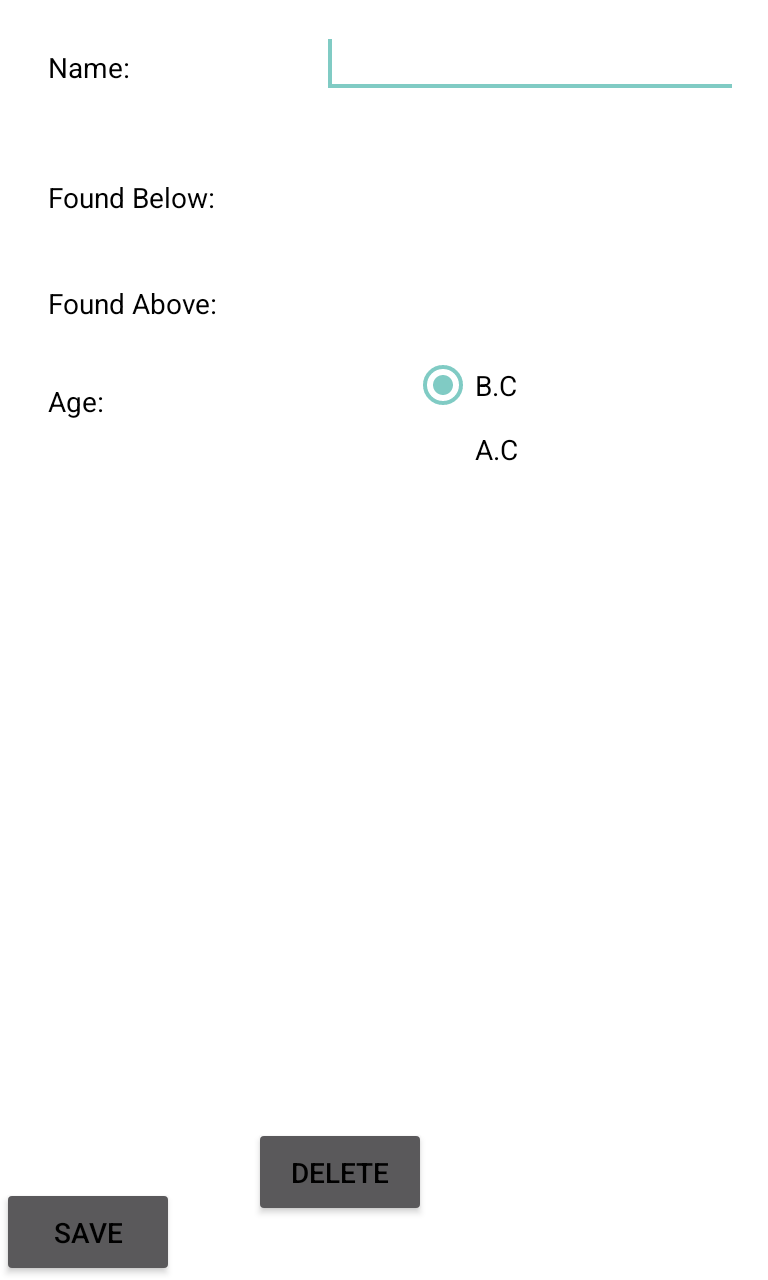
Repository: qfornaguera/AppQuelogy
Layout: AppQueology/res/layout/activity_artifact.xml
An editor plug-in stored every save of this project. The layout is shown before and after the next save, followed by the edit.
It is drawn on a 768 x 1280 px phone screen (xhdpi) without system bars, with theme Theme.AppCompat; the app's code is not run.

Above is the layout before, as saved 2014-04-27 21:25:54.

### AppQueology/res/layout/activity_artifact.xml
<RelativeLayout xmlns:tools="http://schemas.android.com/tools"
    xmlns:android="http://schemas.android.com/apk/res/android"
    android:layout_width="wrap_content"
    android:layout_height="wrap_content"
    android:background="#ffffff" >

	<ScrollView
	    android:layout_width="wrap_content"
	    android:layout_height="wrap_content" >

		<RelativeLayout
		    android:id="@+id/container"
		    android:layout_width="wrap_content"
		    android:layout_height="wrap_content"
		    android:background="#ffffff"
		    tools:context="com.example.appqueology.ArtifactActivity"
		    tools:ignore="MergeRootFrame" >


		    <EditText
		        android:id="@+id/editText1"
		        android:layout_width="wrap_content"
		        android:layout_height="wrap_content"
		        android:layout_alignBaseline="@+id/textView1"
		        android:layout_alignBottom="@+id/textView1"
		        android:layout_alignParentRight="true"
		        android:layout_marginRight="14dp"
		        android:ems="10"
		        android:maxLength="25"
		        android:textColor="#000000" >

		        <requestFocus />
		    </EditText>

		    <TextView
		        android:id="@+id/textView1"
		        android:layout_width="wrap_content"
		        android:layout_height="wrap_content"
		        android:layout_alignParentLeft="true"
		        android:layout_alignParentTop="true"
		        android:layout_marginLeft="24dp"
		        android:layout_marginTop="24dp"
		        android:text="Name: "
		        android:textColor="#000000" />



		    <TextView
		        android:id="@+id/textView2"
		        android:layout_width="wrap_content"
		        android:layout_height="wrap_content"
		        android:layout_alignLeft="@+id/textView1"
		        android:layout_below="@+id/editText1"
		        android:layout_marginTop="38dp"
		        android:text="Found Below: "
		        android:textAppearance="?android:attr/textAppearanceSmall"
		        android:textColor="#000000" />

		    <TextView
		        android:id="@+id/textView3"
		        android:layout_width="wrap_content"
		        android:layout_height="wrap_content"
		        android:layout_alignBaseline="@+id/textView2"
		        android:layout_alignBottom="@+id/textView2"
		        android:layout_alignRight="@+id/editText1"
		        android:layout_toRightOf="@+id/textView2"
		        android:ems="10"
		        android:textColor="#000000" />

		    <TextView
		        android:id="@+id/textView4"
		        android:layout_width="wrap_content"
		        android:layout_height="wrap_content"
		        android:layout_alignLeft="@+id/textView2"
		        android:layout_below="@+id/textView2"
		        android:layout_marginTop="34dp"
		        android:text="Found Above: "
		        android:textAppearance="?android:attr/textAppearanceSmall"
		        android:textColor="#000000" />

		    <TextView
		        android:id="@+id/textView5"
		        android:layout_width="wrap_content"
		        android:layout_height="wrap_content"
		        android:layout_alignBaseline="@+id/textView4"
		        android:layout_alignBottom="@+id/textView4"
		        android:layout_alignParentRight="true"
		        android:layout_toRightOf="@+id/textView4"
		        android:textColor="#000000" />

		    <TextView
		        android:id="@+id/textView6"
		        android:layout_width="wrap_content"
		        android:layout_height="wrap_content"
		        android:layout_alignLeft="@+id/textView4"
		        android:layout_below="@+id/textView4"
		        android:layout_marginTop="30dp"
		        android:text="Age: "
		        android:textColor="#000000" />

		    <EditText
		        android:id="@+id/editText2"
		        android:layout_width="wrap_content"
		        android:layout_height="wrap_content"
		        android:layout_alignBaseline="@+id/textView6"
		        android:layout_alignBottom="@+id/textView6"
		        android:layout_toRightOf="@+id/textView6"
		        android:ems="10"
		        android:inputType="numberSigned"
		        android:textColor="#000000"
		        android:width="150dp" />

		    <RadioGroup
		        android:id="@+id/radioGroup1"
		        android:layout_width="wrap_content"
		        android:layout_height="wrap_content"
		        android:layout_alignTop="@+id/editText2"
		        android:layout_toRightOf="@+id/editText2"
		        android:width="50dp" >

		        <RadioButton
		            android:id="@+id/radio0"
		            android:layout_width="wrap_content"
		            android:layout_height="wrap_content"
		            android:checked="true"
		            android:text="B.C"
		            android:textColor="#000000" />

		        <RadioButton
		            android:id="@+id/radio1"
		            android:layout_width="wrap_content"
		            android:layout_height="wrap_content"
		            android:text="A.C"
		            android:textColor="#000000" />
		    </RadioGroup>

		</RelativeLayout>
	</ScrollView>

	<Button
		android:id="@+id/save"
		android:layout_width="wrap_content"
		android:layout_height="wrap_content"
		android:layout_alignParentBottom="true"
		android:text="Save"
		android:textColor="#000000" />

    <Button
        android:id="@+id/delete"
        android:layout_width="wrap_content"
        android:layout_height="wrap_content"
        android:layout_alignParentBottom="true"
        android:layout_marginBottom="30dp"
        android:layout_marginLeft="38dp"
        android:layout_toRightOf="@+id/save"
        android:text="Delete"
        android:textColor="#000000" />
</RelativeLayout>

After the next save:
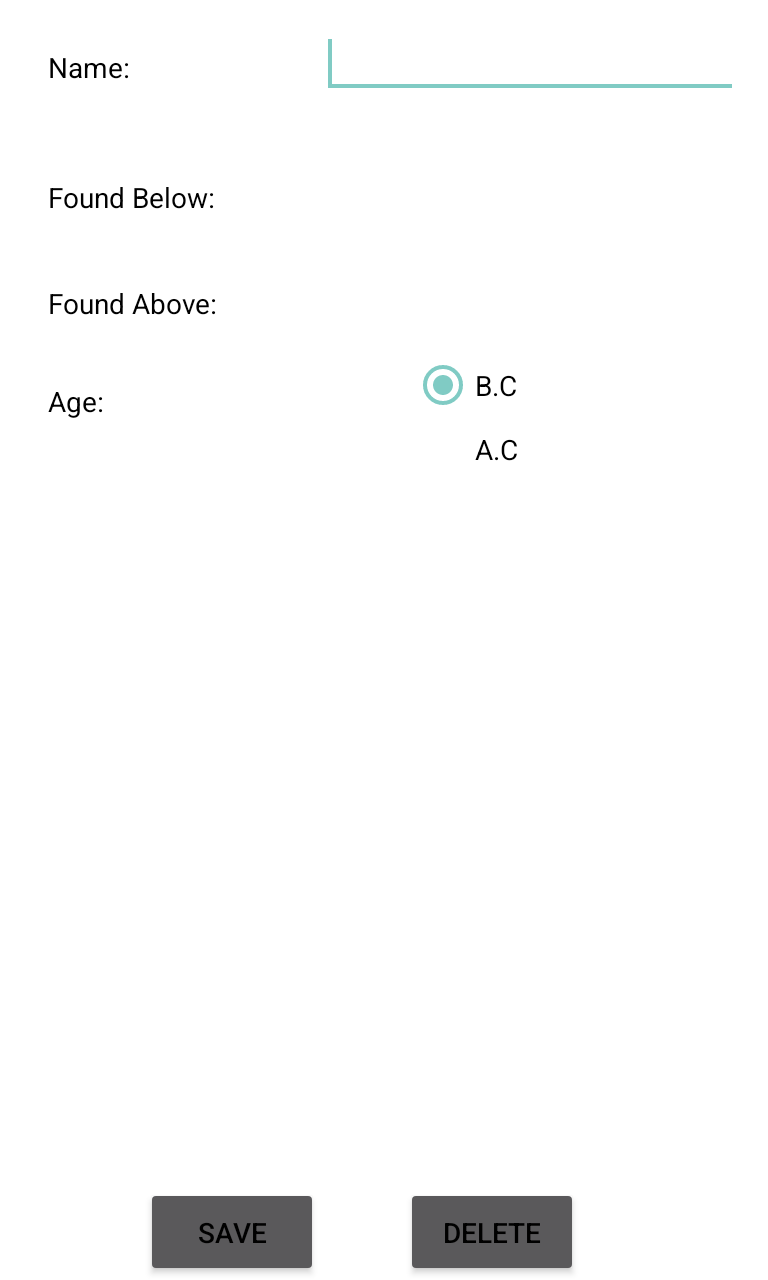
Saved 2 min 26 s later.
--- a/AppQueology/res/layout/activity_artifact.xml
+++ b/AppQueology/res/layout/activity_artifact.xml
@@ -137,22 +137,24 @@
 		</RelativeLayout>
 	</ScrollView>
 
-	<Button
-		android:id="@+id/save"
-		android:layout_width="wrap_content"
-		android:layout_height="wrap_content"
-		android:layout_alignParentBottom="true"
-		android:text="Save"
-		android:textColor="#000000" />
-
     <Button
         android:id="@+id/delete"
         android:layout_width="wrap_content"
         android:layout_height="wrap_content"
         android:layout_alignParentBottom="true"
-        android:layout_marginBottom="30dp"
-        android:layout_marginLeft="38dp"
+        android:layout_marginLeft="42dp"
         android:layout_toRightOf="@+id/save"
         android:text="Delete"
         android:textColor="#000000" />
+
+    <Button
+        android:id="@+id/save"
+        android:layout_width="wrap_content"
+        android:layout_height="wrap_content"
+        android:layout_alignParentBottom="true"
+        android:layout_alignParentLeft="true"
+        android:layout_marginLeft="72dp"
+        android:text="Save"
+        android:textColor="#000000" />
+
 </RelativeLayout>
